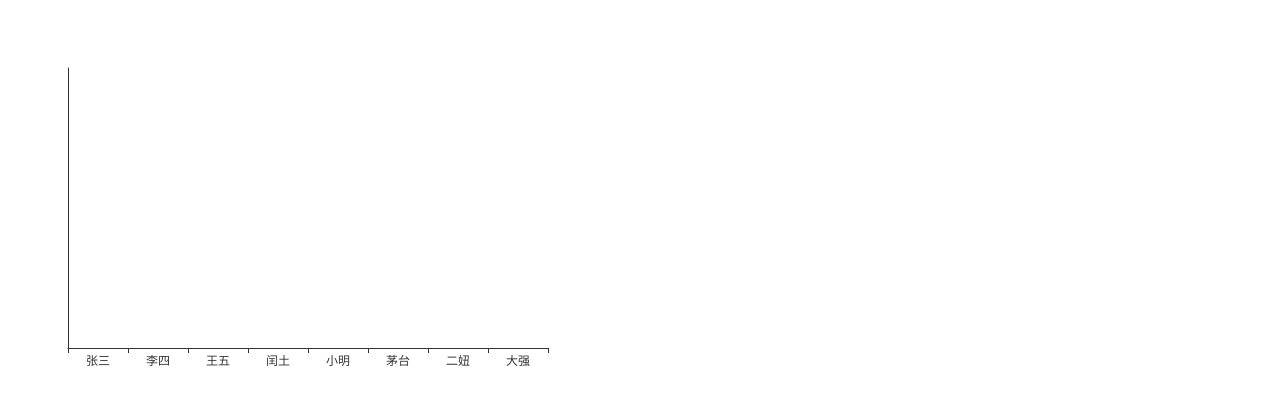
Repository: lm101845/LearnDataVisualization
Page: 02-Echarts/02-代码手敲/03.柱状图的实现.html
An editor plug-in stored every save of this project. The page is shown before and after a run of saves, followed by the edit.
The browser window is 1280 px wide. The pictures show the whole page.

Above is the page before, as saved 2022-03-09 23:47:30.

### 02-Echarts/02-代码手敲/03.柱状图的实现.html
<!--
 * @Author: liming
 * @Date: 2022-03-09 23:29:46
 * @LastEditTime: 2022-03-09 23:29:46
 * @FilePath: \02-Echarts\02-代码手敲\03.柱状图的实现.html
-->
<!--
    1. ECharts最基本的代码结构
    2. x轴数据:['张三', '李四', '王五', '闰土', '小明', '茅台', '二妞', '大强']
    3. y轴数据:[88, 92, 63, 77, 94, 80, 72, 86]
    4. 将type的值设置为bar
 -->
<!DOCTYPE html>
<html lang="en">

<head>
    <meta charset="UTF-8">
    <meta http-equiv="X-UA-Compatible" content="IE=edge">
    <meta name="viewport" content="width=device-width, initial-scale=1.0">
    <title>Document</title>
    <!-- 1.引入 -->
    <script src="lib/echarts.min.js"></script>
</head>

<body>
    <!-- 2.准备盒子 -->
    <div style="width: 600px;height:400px"></div>
    <script>
        // 3.初始化echarts实例对象
        let myCharts = echarts.init(document.querySelector("div"))

        let xDataArr = ['张三', '李四', '王五', '闰土', '小明', '茅台', '二妞', '大强']
        let yDataArr = [88, 92, 63, 77, 94, 80, 72, 86]
            //4.准备配置项——除了这一步，其他代码都是一模一样的
            //option就配置3个东西：x轴，y轴，series
            //其中x,y都是对象,而series是一个数组，数组里面是一个一个对象
        let options = {
                //x轴是分类轴
                xAxis: {
                    type: 'category',
                    data: xDataArr
                },
                //y轴是数值轴,data可以不写在y轴上面，因为y轴的数据是由series决定的
                yAxis: {
                    type: 'value'
                },
                series: [
                    {
                        name:'语文',
                        type:'bar'
                        //bar表示柱状图
                    }
            ]
            }
            //5.将配置项设置给echarts实例对象
        myCharts.setOption(options)
    </script>
</body>

</html>

Loaded but not shown: 02-Echarts/02-代码手敲/lib/echarts.min.js (library)

After the next 2 saves:
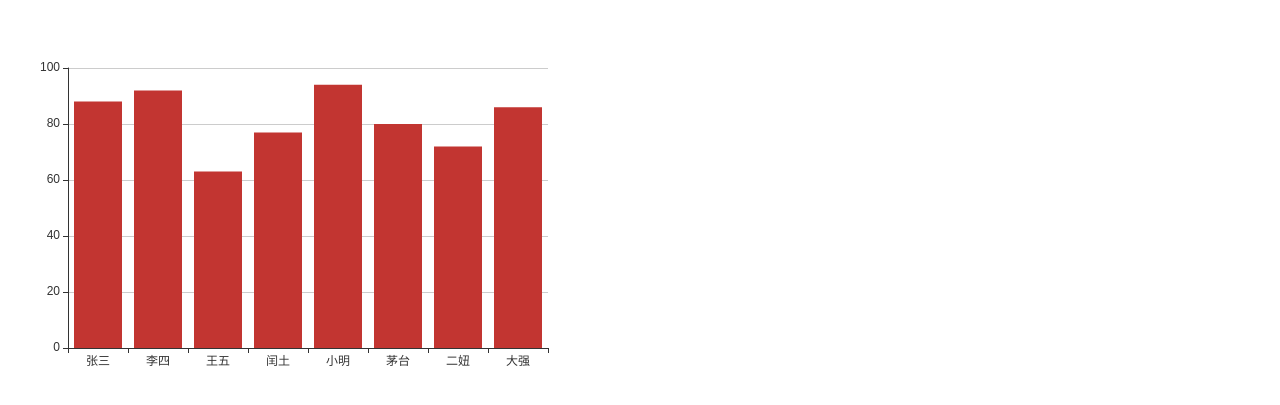
The 2 saves are shown as one change because they came seconds apart.
The last was saved 16 s later.
--- a/02-Echarts/02-代码手敲/03.柱状图的实现.html
+++ b/02-Echarts/02-代码手敲/03.柱状图的实现.html
@@ -47,8 +47,9 @@
                 series: [
                     {
                         name:'语文',
-                        type:'bar'
-                        //bar表示柱状图
+                        type:'bar',  //bar表示柱状图
+                        data:yDataArr
+
                     }
             ]
             }
